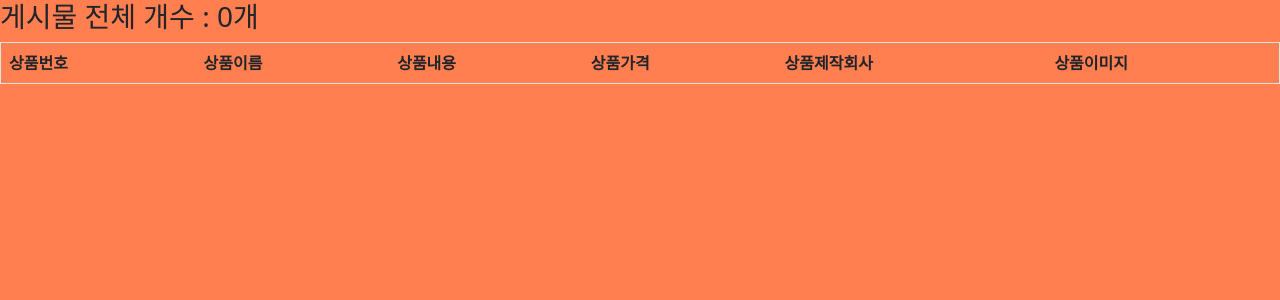
Repository: Hugh-KR/JSP_Project
Page: http://localhost/JSP_Project/product_all.jsp
An editor plug-in stored every save of this project. The page is shown before and after the next save, followed by the edit.
The browser window is 1280 px wide. The pictures show the whole page.
The page is served by Tomcat 9. Queries for data that is not in the repository find no rows.

Above is the page before, as saved 2022-11-08 06:46:01.

After the next save:
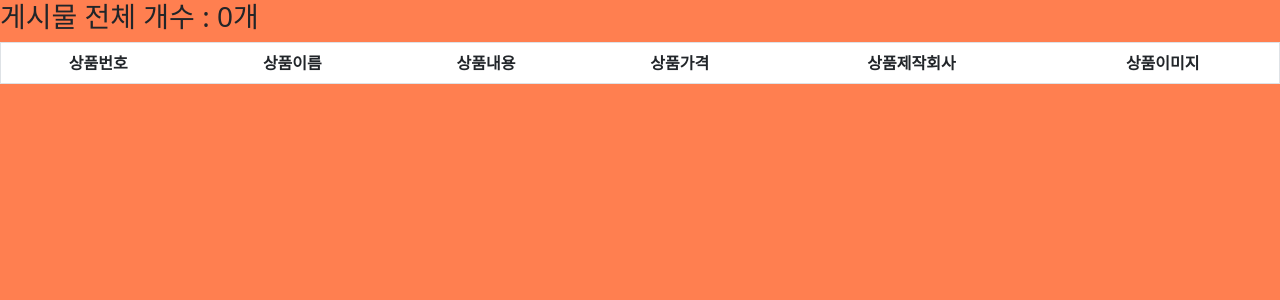
Saved 36 s later.
--- a/JSP_Project/src/main/webapp/product_all.jsp
+++ b/JSP_Project/src/main/webapp/product_all.jsp
@@ -20,8 +20,8 @@
 
 <style type="text/css">
 body {background-color: coral;}
-
-th {background-color: blue;}
+table {background-color: white;}
+th {text-align: center;}
 </style>
 </head>
 <body>

After the 2 saves that followed:
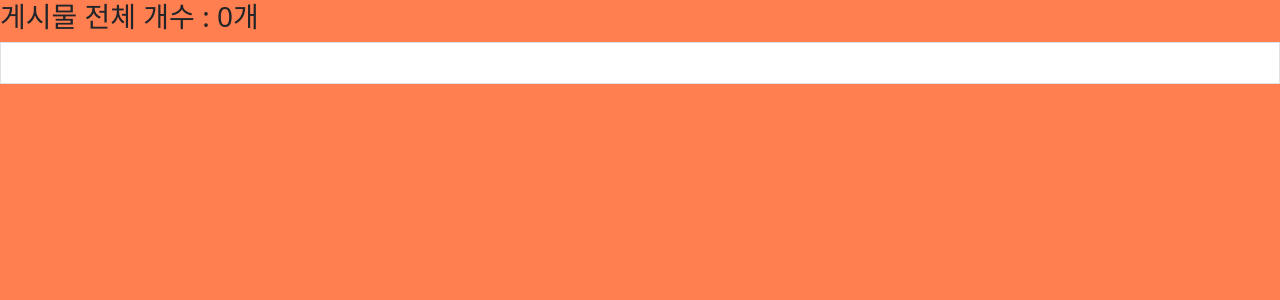
The 2 saves are shown as one change because 1 left the picture as it was.
The last was saved 115 s later.
--- a/JSP_Project/src/main/webapp/product_all.jsp
+++ b/JSP_Project/src/main/webapp/product_all.jsp
@@ -21,7 +21,11 @@
 <style type="text/css">
 body {background-color: coral;}
 table {background-color: white;}
-th {text-align: center;}
+tr {text-align: center;}
+th {
+  background-color: #04AA6D;
+  color: white;
+}
 </style>
 </head>
 <body>
